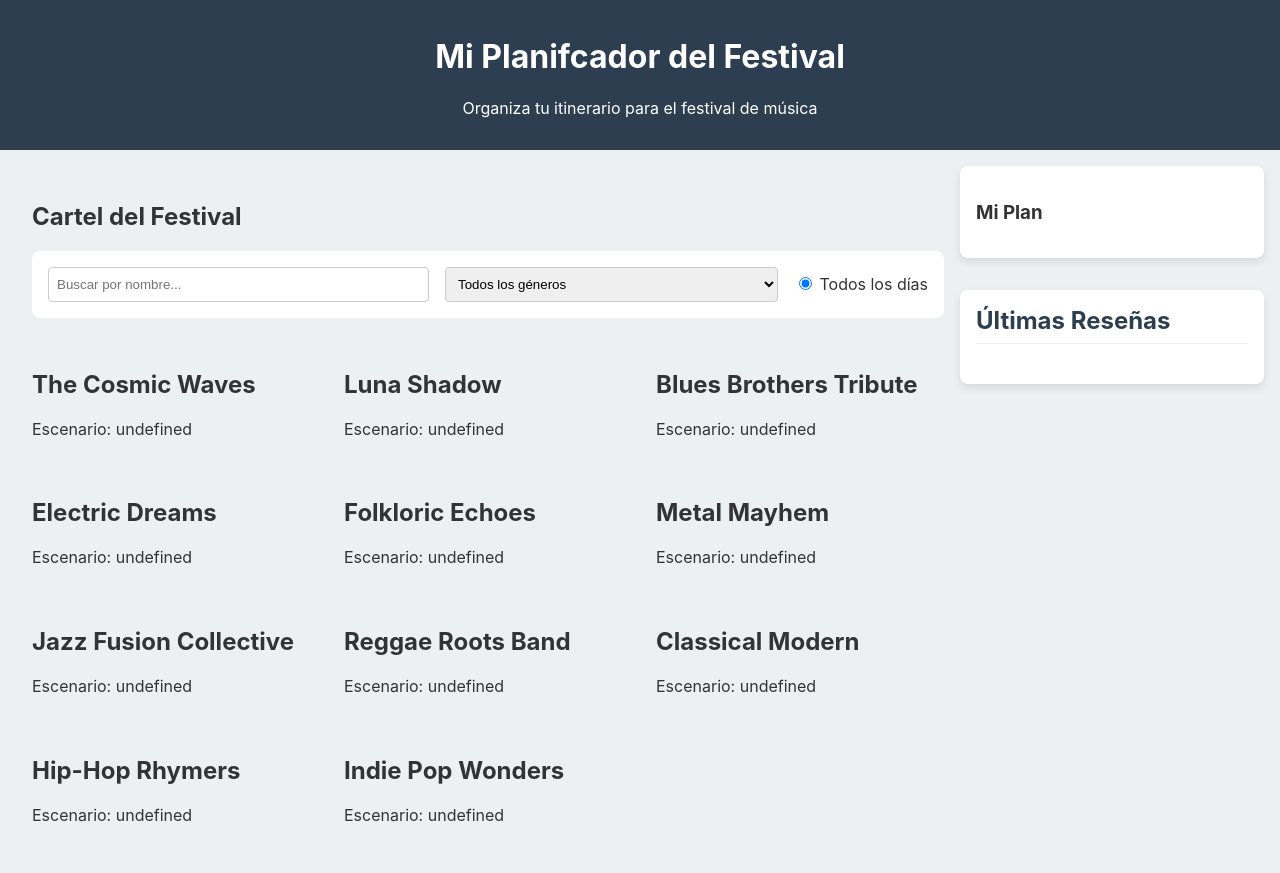
Repository: covaa15/DWEC
Page: Examen12_12_2025/index.html
An editor plug-in stored every save of this project. The page is shown before and after the next save, followed by the edit.
The browser window is 1280 px wide. The pictures show the whole page.

Above is the page before, as saved 2025-12-12 11:45:58.

### Examen12_12_2025/index.html
<!DOCTYPE html>
<html lang="es">
<head>
    <meta charset="UTF-8">
    <meta name="viewport" content="width=device-width, initial-scale=1.0">
    <title>Festival</title>
    <link rel="stylesheet" href="css/style.css">
</head>
<body>
    <!-- Encabezado principal de la aplicación -->
    <header>
        <h1>Mi Planifcador del Festival</h1>
        <p>Organiza tu itinerario para el festival de música</p>
    </header>

    <!-- Contenedor principal de la aplicación: organiza el dashboard y la columna derecha -->
    <div class="container">
        <!-- Sección principal del dashboard: muestra el cartel del festival y los filtros -->
        <main id="dashboard">
            <h2>Cartel del Festival</h2>
            <!-- Formulario de filtros para buscar y categorizar artistas -->
            <form id="filter-form">
                <input type="text" id="search-name" placeholder="Buscar por nombre...">
                <select id="filter-genre">
                    <option value="">Todos los géneros</option>
                    <!-- Las opciones de género se cargarán aquí dinámicamente mediante JavaScript -->
                </select>
                <div id="filter-day" class="radio-group">
                    <label><input type="radio" name="day" value="" checked> Todos los días</label>
                    <!-- Las opciones de día se cargarán aquí dinámicamente mediante JavaScript -->
                </div>
            </form>
            <!-- Contenedor donde se mostrarán las tarjetas de los artistas filtrados -->
            <div id="artist-list" class="grid-container">
                <!-- Las tarjetas de artistas se insertarán aquí por JavaScript -->
            </div>
        </main>

        <!-- Columna lateral derecha: contiene el plan del usuario y las reseñas -->
        <div class="right-column">
            <!-- Sección para el plan personalizado del usuario -->
            <aside id="my-plan-container">
                <h3>Mi Plan</h3>
                <!-- Lista donde se añadirán las actuaciones seleccionadas por el usuario -->
                <ul id="plan-list">
                    <!-- Las actuaciones añadidas aparecerán aquí por JavaScript -->
                </ul>
            </aside>
            <!-- Sección para mostrar las reseñas de los artistas -->
            <section id="reviews-section">
                <h2>Últimas Reseñas</h2>
                <!-- Contenedor donde se mostrarán las tarjetas de las reseñas -->
                <div id="reviews-list">
                    <!-- Las reseñas se insertarán aquí por JavaScript -->
                </div>
            </section>
        </div>
    </div>

    <!-- Modal para el formulario de reseña (inicialmente oculto) -->
    <div id="review-modal" class="modal-overlay" style="display: none;">
        <div class="modal-content">
            <button class="close-modal">&times;</button>
            <h3 id="modal-artist-name">Dejar reseña para...</h3>
            <!-- Formulario de reseña del artista. La validación se realiza en el cliente. -->
            <form id="review-form" novalidate>
                <div class="form-group">
                    <label>Calificación:</label>
                    <div class="star-rating">
                        <!-- Campos de radio para la calificación por estrellas (5 a 1) -->
                        <input type="radio" id="star5" name="rating" value="5" required><label for="star5" title="5 stars">★</label>
                        <input type="radio" id="star4" name="rating" value="4"><label for="star4" title="4 stars">★</label>
                        <input type="radio" id="star3" name="rating" value="3"><label for="star3" title="3 stars">★</label>
                        <input type="radio" id="star2" name="rating" value="2"><label for="star2" title="2 stars">★</label>
                        <input type="radio" id="star1" name="rating" value="1"><label for="star1" title="1 star">★</label>
                    </div>
                    <span class="error-message"></span>
                </div>
                <div class="form-group">
                    <label for="comment">Comentario:</label>
                    <textarea id="comment" name="comment" rows="4" minlength="15" required></textarea>
                    <span class="error-message"></span>
                </div>
                <div class="form-group">
                    <label for="email">Email:</label>
                    <input type="email" id="email" name="email" required>
                    <span class="error-message"></span>
                </div>
                <button type="submit">Enviar Reseña</button>
            </form>
        </div>
    </div>


    <!-- Mensaje de éxito temporal para confirmaciones de usuario (inicialmente oculto) -->
    <div id="success-message" class="success-message" style="display: none;"></div>

    <!-- Enlace al archivo JavaScript principal de la aplicación.
         El atributo 'type="module"' permite usar importaciones y exportaciones de módulos. -->
    <script src="js/main.js" type="module"></script>
</body>
</html>

### Examen12_12_2025/css/style.css
/* --- GENERALES Y LAYOUT --- */
/* Este bloque define variables globales (--variable) para la paleta de colores y estilos reutilizables.
   También establece los estilos base para la página, como la fuente y la maquetación principal de dos columnas usando Flexbox. */
:root {
    --primary-color: #2c3e50;
    --secondary-color: #3498db;
    --background-color: #ecf0f1;
    --card-bg-color: #ffffff;
    --text-color: #333;
    --error-color: #e74c3c;
    --success-color: #2ecc71;
    --star-color: #f1c40f;
    --border-radius: 8px;
    --box-shadow: 0 4px 8px rgba(0, 0, 0, 0.1);
}

body {
    font-family: -apple-system, BlinkMacSystemFont, "Segoe UI", Roboto, Helvetica, Arial, sans-serif;
    margin: 0;
    background-color: var(--background-color);
    color: var(--text-color);
}

header {
    background-color: var(--primary-color);
    color: white;
    padding: 1rem 2rem;
    text-align: center;
}

.container {
    display: flex;
    flex-wrap: wrap;
    padding: 1rem;
}

main#dashboard {
    flex: 3;
    min-width: 300px;
    padding: 1rem;
}

.right-column {
    flex: 1;
    min-width: 300px;
    display: flex;
    flex-direction: column;
    gap: 2rem;
}

aside#my-plan-container {
    background-color: var(--card-bg-color);
    padding: 1rem;
    border-radius: var(--border-radius);
    box-shadow: var(--box-shadow);
}

/* --- FORMULARIO DE FILTROS --- */
/* Estilos para el formulario que permite al usuario buscar y filtrar artistas. */
#filter-form {
    display: flex;
    flex-wrap: wrap;
    gap: 1rem;
    margin-bottom: 2rem;
    background-color: var(--card-bg-color);
    padding: 1rem;
    border-radius: var(--border-radius);
}

#filter-form input[type="text"],
#filter-form select {
    padding: 0.5rem;
    border: 1px solid #ccc;
    border-radius: 4px;
    flex-grow: 1;
}

.radio-group {
    display: flex;
    gap: 1rem;
    align-items: center;
}

/* --- TARJETAS DE ARTISTAS --- */
/* Define el layout de parrilla para las tarjetas de artistas y el estilo de cada tarjeta individual,
   incluyendo efectos visuales como sombras y animaciones al pasar el ratón. */
.grid-container {
    display: grid;
    grid-template-columns: repeat(auto-fill, minmax(220px, 1fr));
    gap: 1.5rem;
}

.artist-card {
    background: var(--card-bg-color);
    border-radius: var(--border-radius);
    box-shadow: var(--box-shadow);
    padding: 1rem;
    transition: transform 0.2s, box-shadow 0.2s;
    display: flex;
    flex-direction: column;
}

.artist-card:hover {
    transform: translateY(-5px);
    box-shadow: 0 8px 16px rgba(0, 0, 0, 0.15);
}

.artist-card h3 {
    margin-top: 0;
    color: var(--primary-color);
}

.artist-card p {
    font-size: 0.9rem;
    color: #7f8c8d;
    margin: 0.5rem 0;
}

.card-schedule-info {
    font-size: 0.85rem;
    color: #34495e;
    background-color: #f8f9f9;
    padding: 0.5rem;
    border-radius: 4px;
    margin: 1rem 0;
    border-left: 3px solid var(--secondary-color);
}

.card-schedule-info span {
    display: block;
}

.card-schedule-info span:first-child {
    font-weight: bold;
}

.artist-card button {
    background-color: var(--secondary-color);
    color: white;
    border: none;
    padding: 0.6rem 1rem;
    border-radius: 4px;
    cursor: pointer;
    width: 100%;
    margin-top: auto; /* Empuja el botón al final */
    transition: background-color 0.2s;
}

.artist-card button:hover {
    background-color: #2980b9;
}

/* --- SECCIÓN "MI PLAN" --- */
/* Estilos para la lista de actuaciones que el usuario ha seleccionado.
   Incluye el estilo de cada elemento de la lista y sus botones de acción (Eliminar, Dejar reseña). */
#plan-list {
    list-style-type: none;
    padding: 0;
    margin: 0;
}

#plan-list li {
    background-color: #f9f9f9;
    padding: 0.8rem;
    margin-bottom: 0.8rem;
    border-radius: 4px;
    border-left: 5px solid var(--secondary-color);
    position: relative;
}

#plan-list .plan-item-info strong {
    display: block;
    color: var(--primary-color);
}

#plan-list .plan-item-info span {
    font-size: 0.85rem;
    color: #7f8c8d;
}

#plan-list .plan-item-actions {
    margin-top: 0.5rem;
    display: flex;
    gap: 0.5rem;
}

.plan-item-actions button {
    font-size: 0.75rem;
    padding: 0.3rem 0.6rem;
    border-radius: 3px;
    cursor: pointer;
    border: 1px solid;
}

.btn-delete {
    border-color: var(--error-color);
    color: var(--error-color);
    background: transparent;
}
.btn-review {
    border-color: var(--secondary-color);
    color: var(--secondary-color);
    background: transparent;
}
.btn-review:disabled {
    border-color: #ccc;
    color: #ccc;
    cursor: not-allowed;
}


/* --- MODAL --- */
/* Estilos para la ventana modal que aparece superpuesta.
   Define la capa de fondo oscura y el contenedor del contenido del modal. */
.modal-overlay {
    position: fixed;
    top: 0;
    left: 0;
    width: 100%;
    height: 100%;
    background-color: rgba(0, 0, 0, 0.6);
    display: flex;
    justify-content: center;
    align-items: center;
    z-index: 1000;
}

.modal-content {
    background: white;
    padding: 2rem;
    border-radius: var(--border-radius);
    width: 90%;
    max-width: 500px;
    position: relative;
}

.close-modal {
    position: absolute;
    top: 1rem;
    right: 1rem;
    background: none;
    border: none;
    font-size: 1.5rem;
    cursor: pointer;
}

/* --- FORMULARIO DE RESEÑA --- */
/* Define los estilos para el formulario dentro del modal, incluyendo los campos de entrada,
   los mensajes de error de validación y el sistema de calificación por estrellas. */
#review-form .form-group {
    margin-bottom: 1rem;
}

#review-form label {
    display: block;
    margin-bottom: 0.3rem;
}

#review-form input,
#review-form textarea {
    width: 100%;
    padding: 0.5rem;
    border: 1px solid #ccc;
    border-radius: 4px;
    box-sizing: border-box;
}

#review-form button {
    background-color: var(--success-color);
    color: white;
    padding: 0.7rem 1.5rem;
    border: none;
    border-radius: 4px;
    cursor: pointer;
}
.error-message {
    color: var(--error-color);
    font-size: 0.8rem;
    height: 1rem;
    display: block;
}
input:invalid, textarea:invalid {
    border-color: var(--error-color);
}

/* Star Rating: Implementación de calificación por estrellas con inputs de radio y CSS. */
.star-rating {
    display: flex;
    flex-direction: row-reverse;
    justify-content: flex-end;
}

.star-rating input[type="radio"] {
    display: none;
}

.star-rating label {
    color: #ccc;
    cursor: pointer;
    font-size: 2rem;
    margin: 0;
}

.star-rating input[type="radio"]:checked ~ label,
.star-rating label:hover,
.star-rating label:hover ~ label {
    color: var(--star-color);
}

/* --- MENSAJE DE ÉXITO --- */
/* Estilos para la notificación flotante que aparece tras enviar una reseña. */
.success-message {
    position: fixed;
    bottom: 20px;
    left: 50%;
    transform: translateX(-50%);
    background-color: var(--success-color);
    color: white;
    padding: 1rem 2rem;
    border-radius: var(--border-radius);
    z-index: 1001;
    box-shadow: var(--box-shadow);
}


/* --- SECCIÓN DE RESEÑAS --- */
/* Estilos para la sección que muestra las reseñas enviadas y el formato de cada tarjeta de reseña. */
#reviews-section {
    background-color: var(--card-bg-color);
    padding: 1rem;
    border-radius: var(--border-radius);
    box-shadow: var(--box-shadow);
}

#reviews-section h2 {
    text-align: left;
    margin-top: 0;
    margin-bottom: 1.5rem;
    padding-bottom: 0.5rem;
    border-bottom: 1px solid #eee;
    color: var(--primary-color);
}

#reviews-list {
    display: flex;
    flex-direction: column;
    gap: 1rem;
}

.review-card {
    background: #f9f9f9;
    border-radius: var(--border-radius);
    padding: 1rem;
    display: flex;
    flex-direction: column;
    border-left: 5px solid var(--secondary-color);
}

.review-card h4 {
    margin: 0 0 0.5rem 0;
    color: var(--primary-color);
}

.review-card-rating {
    color: var(--star-color);
    font-size: 1.2rem;
    margin-bottom: 1rem;
}

.review-card-comment {
    font-style: italic;
    color: #555;
    margin: 0;
}


/* --- RESPONSIVE --- */
/* Contiene las Media Queries para adaptar el diseño a diferentes tamaños de pantalla,
   como apilar las columnas en dispositivos móviles. */
@media (max-width: 992px) {
    .container {
        flex-direction: column;
    }
    .right-column {
        margin-top: 2rem;
        gap: 2rem;
    }
}

### Examen12_12_2025/js/main.js
// js/main.js
let artistas = [];
let horarios = [];
let escenarios = []
const contenedorArtistas = document.querySelector("#artist-list");
//Cargo los artistas
cargarEscenarios("./data/escenarios.json");
cargarHorarios("./data/horarios.json");
cargarArtistas("./data/artistas.json");



function cargarArtistas(ruta) {
    fetch(ruta)
        .then(res => res.json())
        .then(data => {
            artistas = data;
            mostrarArtistas(artistas);
        })
        .catch(error => console.log("Error al cargar productos:", error));

}
//Cargo los escenarios
function cargarEscenarios(ruta) {
    fetch(ruta)
        .then(res => res.json())
        .then(data => {
            escenarios = data;
            mostrarArtistas(artistas);
        })
        .catch(error => console.log("Error al cargar productos:", error));

}
//Cargo los horarios
function cargarHorarios(ruta) {
    fetch(ruta)
        .then(res => res.json())
        .then(data => {
            horarios = data;
            mostrarArtistas(artistas);
        })
        .catch(error => console.log("Error al cargar productos:", error));

}

function mostrarArtistas(artistas) {
    contenedorArtistas.innerHTML = "";
    artistas.forEach(artista => {
        const card = document.createElement('div');
        card.classList.add(".artist-card")

        const escenario=obtenerEscenario(artista.id);

        card.innerHTML = `
        <h2>${artista.nombre}</h2>
        <p>Escenario: ${escenario}</p>
       `
        contenedorArtistas.appendChild(card);
    });


}

function obtenerEscenario(idArtista) {
    const idEscenario = obtenerHorario(idArtista);
    console.log(idEscenario);
    escenarios.forEach(escenario => {
        if (escenario.id === idEscenario)
            return escenario.nombre;
    });
}

function obtenerHorario(idArtista) {

    horarios.forEach(horario => {
        if (horario.artistaId == idArtista){
            console.log(horario.escenarioId);
            return ;
        }


    });
}

### Examen12_12_2025/data/escenarios.json
[
  {
    "id": "e1",
    "nombre": "Solstice Stage",
    "capacidad": 15000,
    "ubicacion": "Zona Norte"
  },
  {
    "id": "e2",
    "nombre": "Eclipse Tent",
    "capacidad": 5000,
    "ubicacion": "Zona Oeste"
  },
  {
    "id": "e3",
    "nombre": "Zen Garden",
    "capacidad": 3000,
    "ubicacion": "Zona Sur"
  },
  {
    "id": "e4",
    "nombre": "Rave Cave",
    "capacidad": 7000,
    "ubicacion": "Zona Este"
  },
  {
    "id": "e5",
    "nombre": "Acoustic Alcove",
    "capacidad": 1000,
    "ubicacion": "Centro"
  },
  {
    "id": "e6",
    "nombre": "Main Stage",
    "capacidad": 20000,
    "ubicacion": "Entrada Principal"
  },
  {
    "id": "e7",
    "nombre": "Chill Zone",
    "capacidad": 2000,
    "ubicacion": "Junto al Lago"
  },
  {
    "id": "e8",
    "nombre": "Groove Ground",
    "capacidad": 6000,
    "ubicacion": "Área de Comida"
  },
  {
    "id": "e9",
    "nombre": "Tech Temple",
    "capacidad": 4000,
    "ubicacion": "Bosque"
  },
  {
    "id": "e10",
    "nombre": "Vibe Village",
    "capacidad": 2500,
    "ubicacion": "Campamento"
  }
]

### Examen12_12_2025/data/horarios.json
[
  {
    "artistaId": "a1",
    "escenarioId": "e6",
    "dia": "2025-07-18",
    "horaInicio": "22:00",
    "duracion": 90
  },
  {
    "artistaId": "a3",
    "escenarioId": "e6",
    "dia": "2025-07-18",
    "horaInicio": "20:00",
    "duracion": 90
  },
  {
    "artistaId": "a2",
    "escenarioId": "e1",
    "dia": "2025-07-18",
    "horaInicio": "19:00",
    "duracion": 60
  },
  {
    "artistaId": "a4",
    "escenarioId": "e4",
    "dia": "2025-07-18",
    "horaInicio": "23:00",
    "duracion": 75
  },
  {
    "artistaId": "a5",
    "escenarioId": "e5",
    "dia": "2025-07-19",
    "horaInicio": "18:00",
    "duracion": 60
  },
  {
    "artistaId": "a6",
    "escenarioId": "e6",
    "dia": "2025-07-19",
    "horaInicio": "23:00",
    "duracion": 120
  },
  {
    "artistaId": "a7",
    "escenarioId": "e2",
    "dia": "2025-07-19",
    "horaInicio": "20:00",
    "duracion": 90
  },
  {
    "artistaId": "a8",
    "escenarioId": "e1",
    "dia": "2025-07-19",
    "horaInicio": "19:00",
    "duracion": 75
  },
  {
    "artistaId": "a9",
    "escenarioId": "e3",
    "dia": "2025-07-20",
    "horaInicio": "17:00",
    "duracion": 60
  },
  {
    "artistaId": "a10",
    "escenarioId": "e4",
    "dia": "2025-07-20",
    "horaInicio": "21:00",
    "duracion": 90
  },
  {
    "artistaId": "a11",
    "escenarioId": "e1",
    "dia": "2025-07-20",
    "horaInicio": "18:00",
    "duracion": 75
  },
  {
    "artistaId": "a1",
    "escenarioId": "e2",
    "dia": "2025-07-20",
    "horaInicio": "22:30",
    "duracion": 90
  }
]

### Examen12_12_2025/data/artistas.json
[
  {
    "id": "a1",
    "nombre": "The Cosmic Waves",
    "genero": "Psychedelic Rock",
    "pais": "Reino Unido",
    "miembros": ["Alex", "Zoe", "Sam", "Leo"],
    "fansEstimados": 12000
  },
  {
    "id": "a2",
    "nombre": "Luna Shadow",
    "genero": "Synth-Pop",
    "pais": "Japón",
    "miembros": ["Yuki"],
    "fansEstimados": 8000
  },
  {
    "id": "a3",
    "nombre": "Blues Brothers Tribute",
    "genero": "Blues",
    "pais": "USA",
    "miembros": ["Jake", "Elwood"],
    "fansEstimados": 15000
  },
  {
    "id": "a4",
    "nombre": "Electric Dreams",
    "genero": "Electro-Funk",
    "pais": "Alemania",
    "miembros": ["DJ Spark", "BassBot"],
    "fansEstimados": 9500
  },
  {
    "id": "a5",
    "nombre": "Folkloric Echoes",
    "genero": "Folk",
    "pais": "Irlanda",
    "miembros": ["Fiona", "Liam", "Aoife"],
    "fansEstimados": 7000
  },
  {
    "id": "a6",
    "nombre": "Metal Mayhem",
    "genero": "Heavy Metal",
    "pais": "Suecia",
    "miembros": ["Thor", "Odin", "Loki"],
    "fansEstimados": 18000
  },
  {
    "id": "a7",
    "nombre": "Jazz Fusion Collective",
    "genero": "Jazz",
    "pais": "Francia",
    "miembros": ["Pierre", "Marie", "Louis"],
    "fansEstimados": 6000
  },
  {
    "id": "a8",
    "nombre": "Reggae Roots Band",
    "genero": "Reggae",
    "pais": "Jamaica",
    "miembros": ["Rasta Joe", "Mama Earth"],
    "fansEstimados": 11000
  },
  {
    "id": "a9",
    "nombre": "Classical Modern",
    "genero": "Classical",
    "pais": "Italia",
    "miembros": ["Maestro Carlo"],
    "fansEstimados": 4000
  },
  {
    "id": "a10",
    "nombre": "Hip-Hop Rhymers",
    "genero": "Hip-Hop",
    "pais": "USA",
    "miembros": ["MC Flow", "Beat Master"],
    "fansEstimados": 13000
  },
  {
    "id": "a11",
    "nombre": "Indie Pop Wonders",
    "genero": "Indie Pop",
    "pais": "Canada",
    "miembros": ["Chloe", "Finn"],
    "fansEstimados": 8500
  }
]

After the next save:
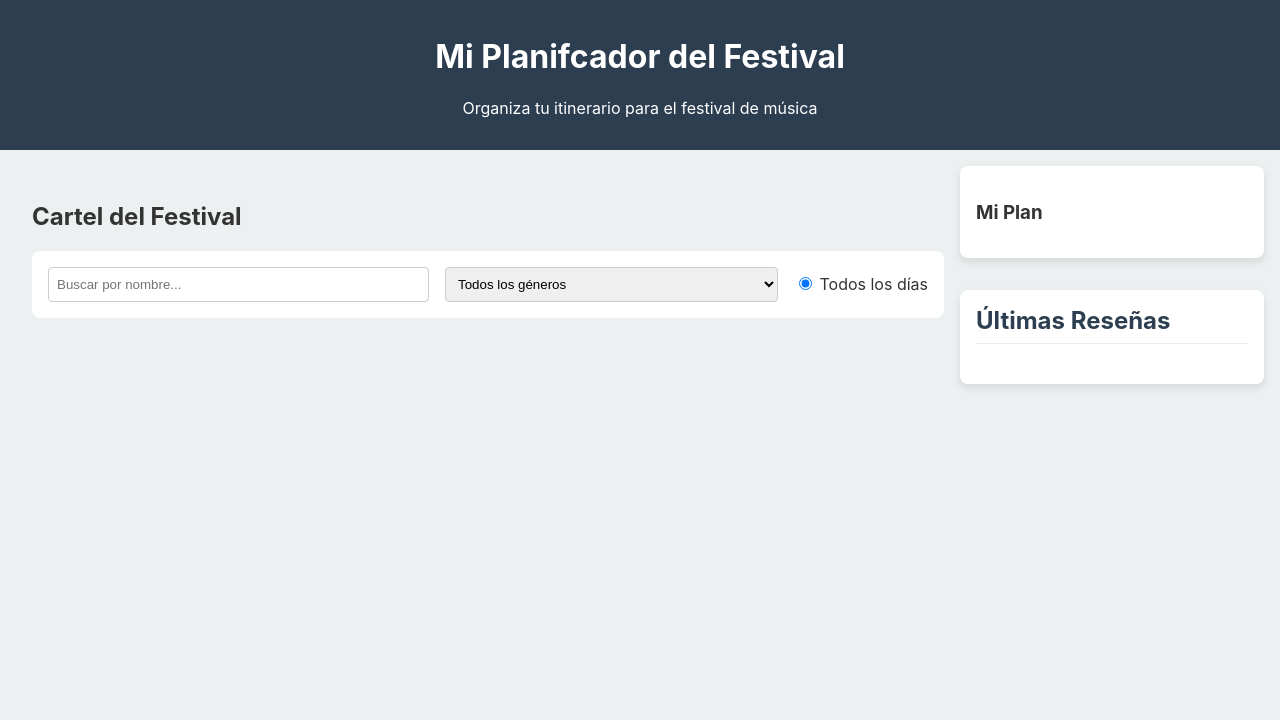
Saved 25 s later.
--- a/Examen12_12_2025/js/main.js
+++ b/Examen12_12_2025/js/main.js
@@ -74,8 +74,8 @@
 
     horarios.forEach(horario => {
         if (horario.artistaId == idArtista){
-            console.log(horario.escenarioId);
-            return ;
+            //console.log();
+            returnhorario.escenarioId ;
         }
 
 

After the save that followed:
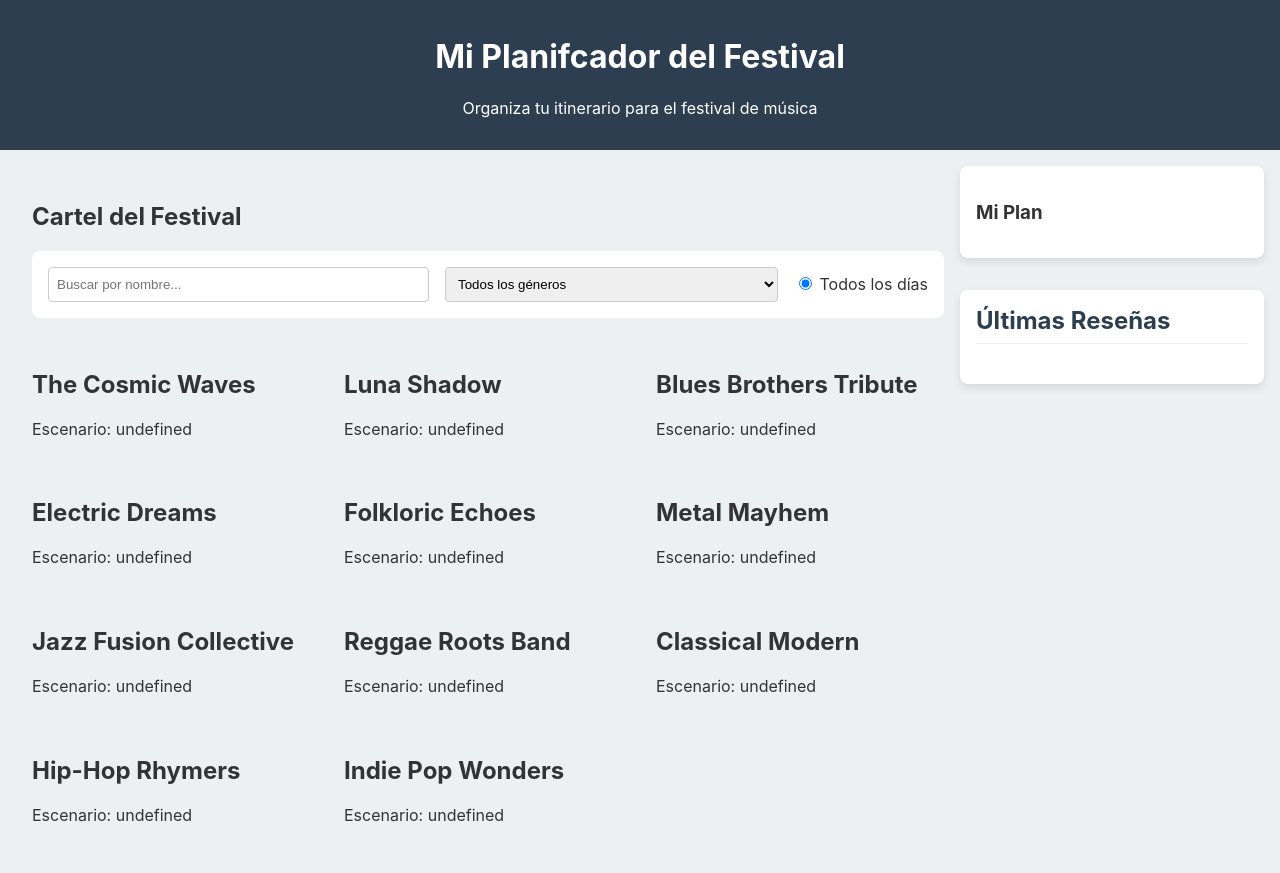
Saved 5 s later.
--- a/Examen12_12_2025/js/main.js
+++ b/Examen12_12_2025/js/main.js
@@ -75,7 +75,7 @@
     horarios.forEach(horario => {
         if (horario.artistaId == idArtista){
             //console.log();
-            returnhorario.escenarioId ;
+            return horario.escenarioId ;
         }
 
 
